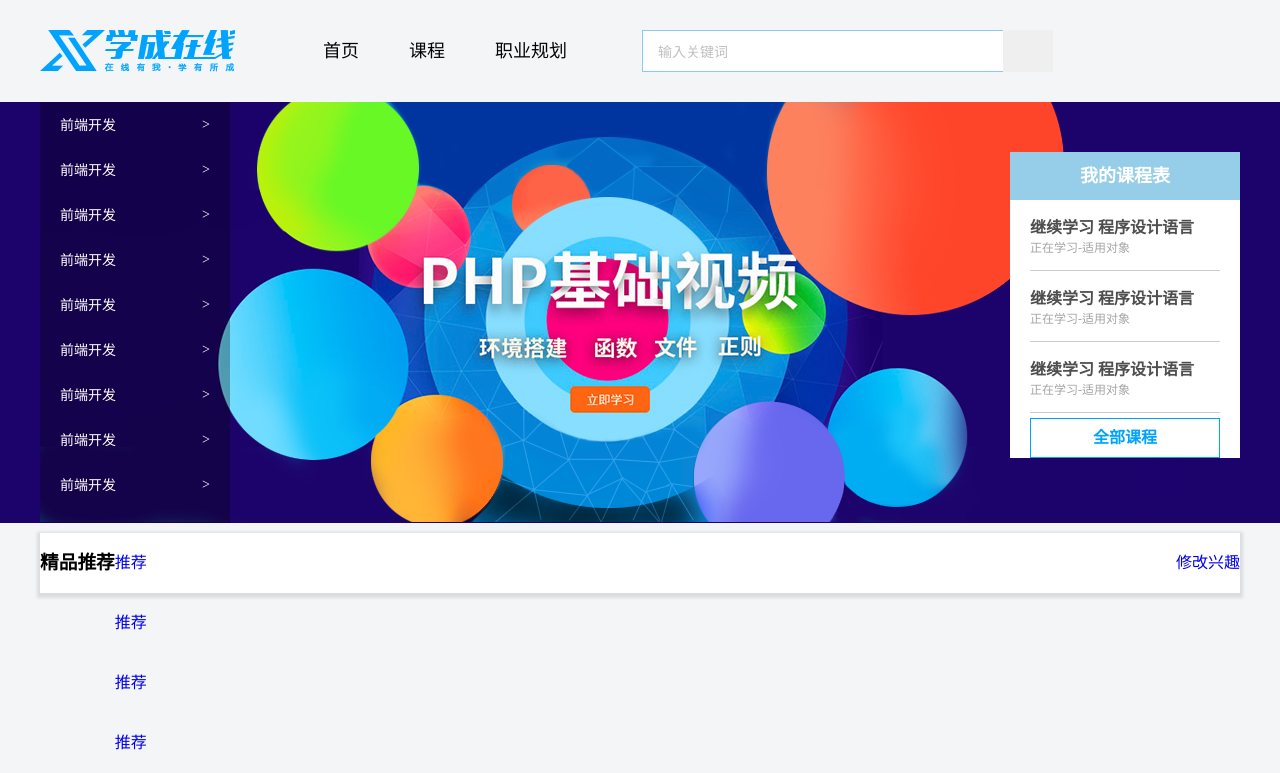
Repository: R1Deemo/Web-Project
Page: index..html
These files come from the project's save history. The page is drawn as it stood at one moment and after the next save; the edit follows.
The browser window is 1280 px wide. The pictures show the whole page.

Above is the page before, as saved 2022-03-09 19:02:41.

After the next save:
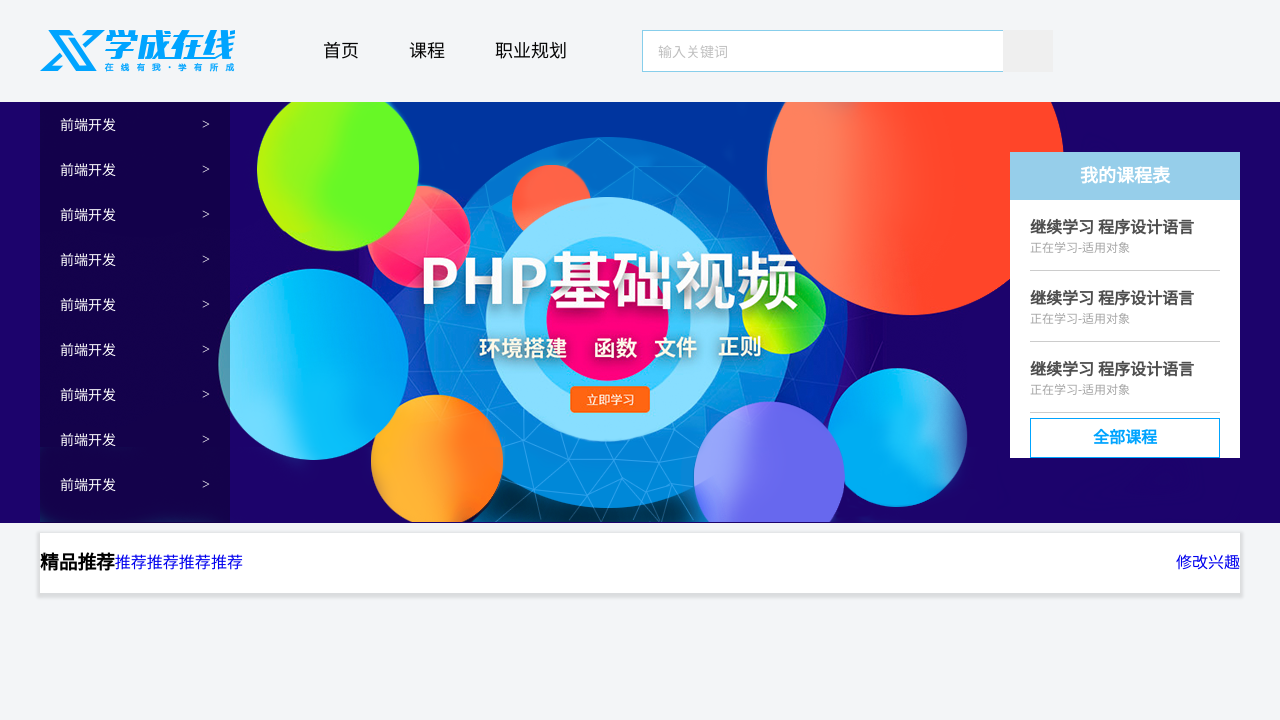
Saved 12 s later.
--- a/style.css
+++ b/style.css
@@ -182,7 +182,7 @@
     float: left;
 }
 
-.good ul li {
+.goods ul li {
     float: left;
 }
 
